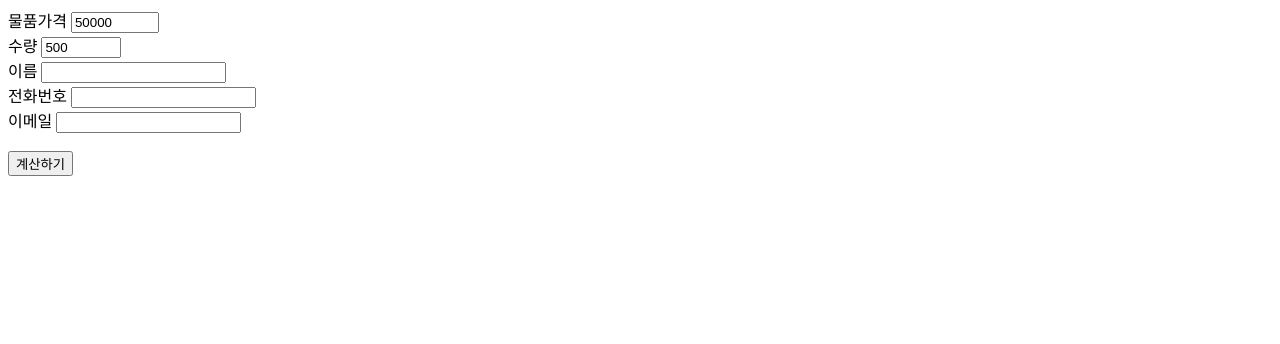
Repository: solsol7/ddit-html
Page: webpro/WebContent/0626/inputbutton2.html
An editor plug-in stored every save of this project. The page is shown before and after the next save, followed by the edit.
The browser window is 1280 px wide. The pictures show the whole page.

Above is the page before, as saved 2023-06-26 08:25:28.

### webpro/WebContent/0626/inputbutton2.html
<!DOCTYPE html>
<html>
<head>
<meta charset="UTF-8">
<title>Insert title here</title>

<script>
function calc(){

	//id가 price인 요소와 id가 qty인 요소를 검색	=>document.getElementById
	//값을 가져온다 - value			==>여기서 얻어지는 값 : String
	var price = document.getElementById('price').value;
	var qty = document.getElementById('qty').value;

	//계산	=> String * String를 숫자로 계산하려면=> window.parseInt (window.은 생략해도됨)
	//스크립트는 더하기할때만 인트로 바꿈 => 곱하기 빼기 나누기는 정수로 안바꿔도 됨	, 나누기할때 정수/정수 해도 실수 나옴
// 	var res = parseInt(price) * parseInt(qty);

	var res = "물품가격 : "+price.toLocaleString()+"<br>"
	//toLocaleString => 우리나라 형식으로 가격에 쉼표 찍어라
	res+= "수량 : "+ qty.toLocaleString() +"<br>"
	res += price + "*" + qty + "=" + price * qty;

	//계산 결과를 출력 - id="result"인 요소에 출력 => id= "result"인 요소를 검색 -> div -> inner~
	document.querySelector('#result').innerHTML = res;
	//찍으려고하는 값 (res)에 HTML태그가 없음 => innerText
}
</script>

</head>
<body>
<form action="inputbutton2.jsp" method="post">
<!-- submit안할거니까 action, method 안함 -->

<!-- 물품가격 <input type="text" id="price" name="price"><br>
	수량 <input type="text" id="qty" name="qty"><br> -->

물품가격 <input type="number" value="50000" min="10000" max="100000" step="100" id="price" name="price"><br>
수량 <input type="number" value="500" min="100" max="10000" step="100" id="qty" name="qty"><br>
<!-- number=>숫자만 입력할 수 있도록함 -->

이름 <input type="text" name="name"><br>
전화번호 <input type="tel" name="tel"><br>
이메일 <input type="email" name="email"><br>
<br>
<input type="button" value="계산하기" onclick="calc()">
<!-- <input type="submit"> -->

</form>

<br>
<div id="result"></div>

</body>
</html>

After the next save:
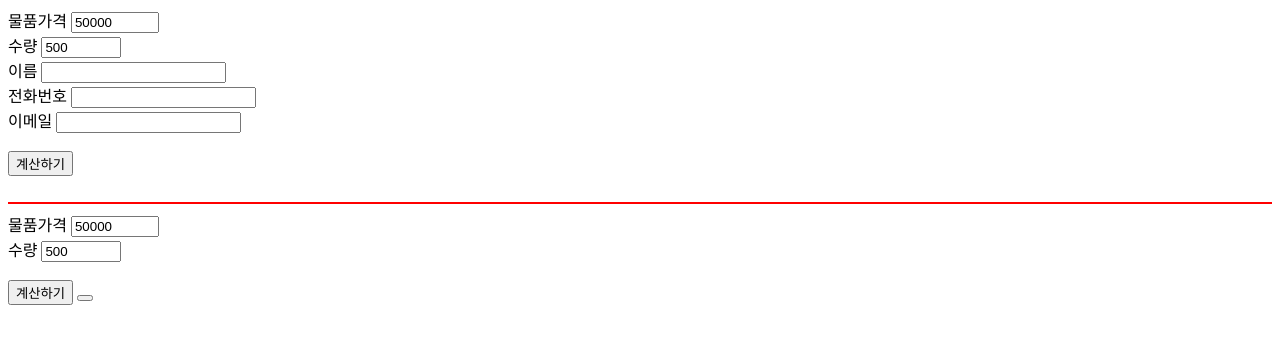
Saved 5 min 20 s later.
--- a/webpro/WebContent/0626/inputbutton2.html
+++ b/webpro/WebContent/0626/inputbutton2.html
@@ -16,9 +16,8 @@ function calc(){
 	//스크립트는 더하기할때만 인트로 바꿈 => 곱하기 빼기 나누기는 정수로 안바꿔도 됨	, 나누기할때 정수/정수 해도 실수 나옴
 // 	var res = parseInt(price) * parseInt(qty);
 
-	var res = "물품가격 : "+price.toLocaleString()+"<br>"
-	//toLocaleString => 우리나라 형식으로 가격에 쉼표 찍어라
-	res+= "수량 : "+ qty.toLocaleString() +"<br>"
+	var res = "물품가격 : "+price+"<br>"
+	res+= "수량 : "+ qty +"<br>"
 	res += price + "*" + qty + "=" + price * qty;
 
 	//계산 결과를 출력 - id="result"인 요소에 출력 => id= "result"인 요소를 검색 -> div -> inner~
@@ -50,6 +49,18 @@ function calc(){
 
 <br>
 <div id="result"></div>
+<hr color = "red">
+<form action="inputbutton2.jsp" method="post">
+
+물품가격 <input type="number" value="50000" min="10000" max="100000" step="100" id="price" name="price"><br>
+수량 <input type="number" value="500" min="100" max="10000" step="100" id="qty" name="qty"><br>
+<!-- number=>숫자만 입력할 수 있도록함 -->
+
+<br>
+<button type="button" onclick="calc()">계산하기</button>
+<button type="submit"></button>
+
+</form>
 
 </body>
 </html>
